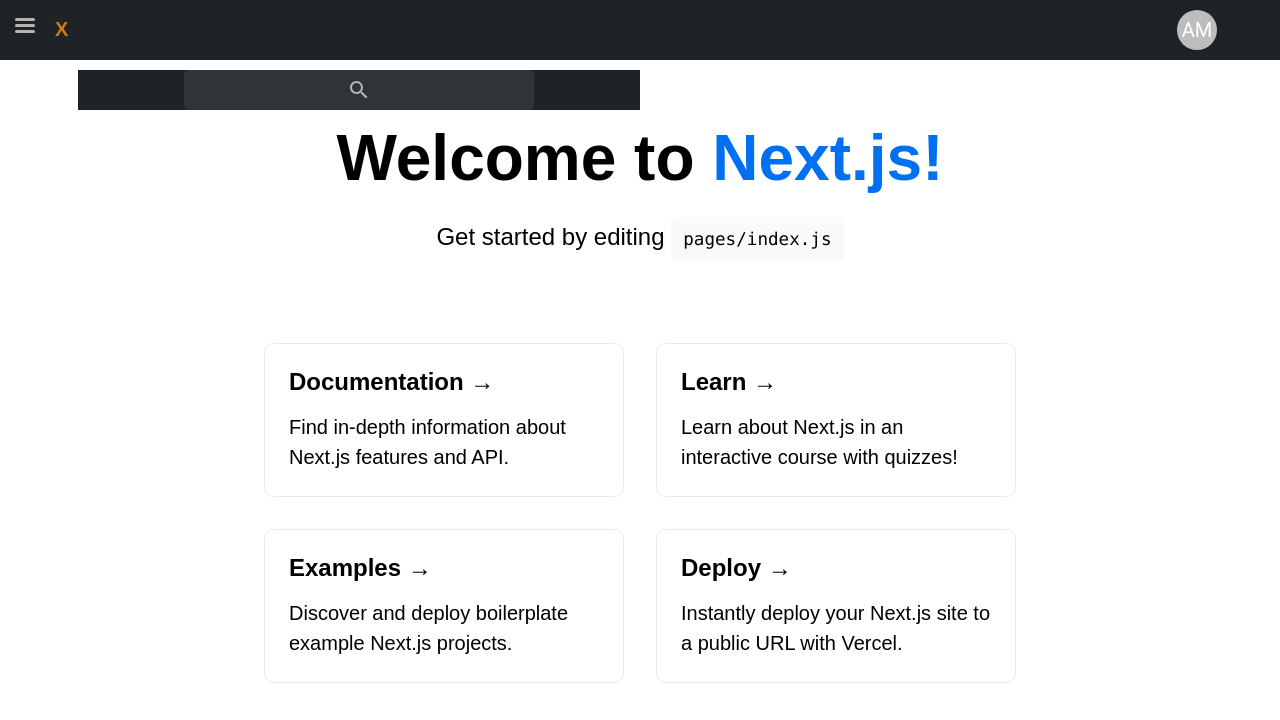
Repository: Amad-Mlinka/MovieTVBrowserNext
Page: /
These files come from the project's save history. The page is drawn as it stood at one moment and after the next save; the edit follows.
The browser window is 1280 px wide. The pictures show the whole page.
An inner scrolling area shows only its first screen. The project was rebuilt for these pictures with package versions that can differ from the ones it lists, and the page was loaded fresh each time. The framework's server and built-in components were replaced by stand-ins that run in the browser. Also part of the build but not shown: next.config.js.

Above is the page before, as saved 2021-07-29 22:13:38.

After the next save:
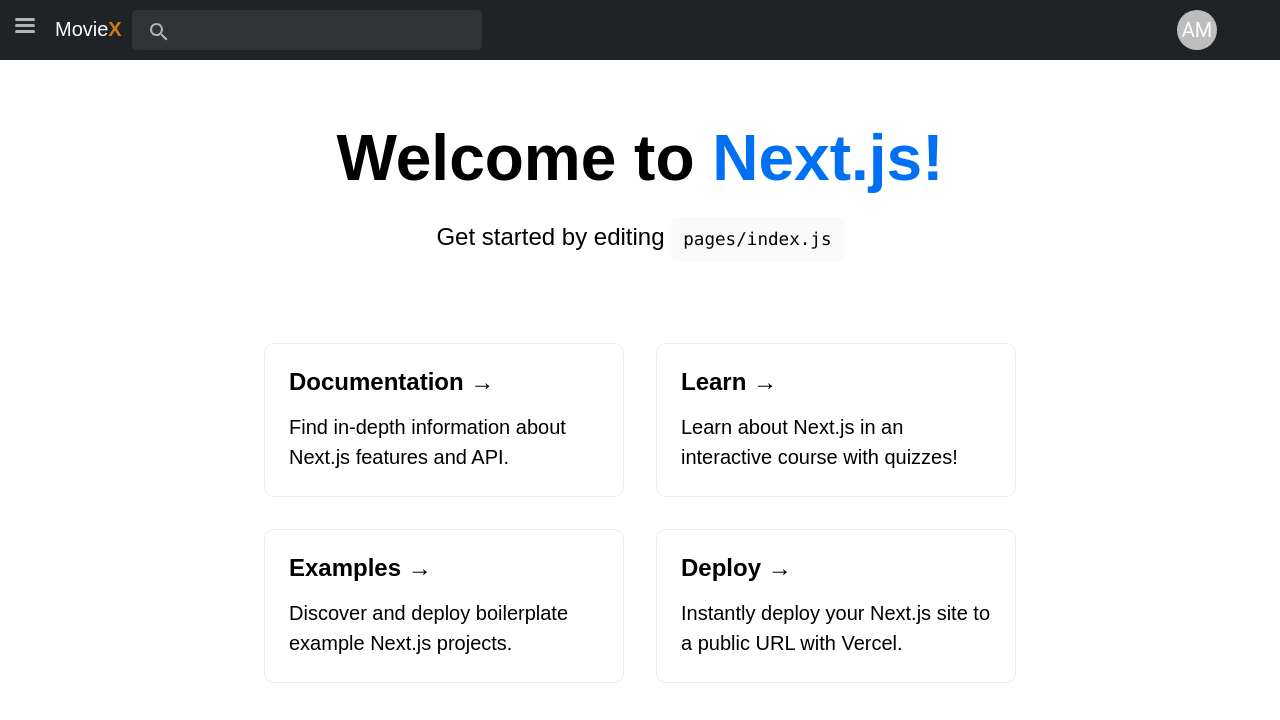
Saved 4 min 3 s later.
--- a/styles/Header.module.scss
+++ b/styles/Header.module.scss
@@ -1,154 +1,6 @@
 @import "variables.scss";
 @import "general.scss";
 
-.header {
-    display: flex;
-    flex-direction: row;
-    justify-content: space-between;
-    position: relative;
-    top: 0;
-    left: 0;
-    width: 100%;
-    background: $base-color;
-    height: 60px;
-}
-.header {
-    display: flex;
-    flex-direction: row;
-    justify-content: space-between;
-    position: relative;
-    top: 0;
-    left: 0;
-    width: 100%;
-    background: $base-color;
-    height: 60px;
-}
-.left {
-    display: flex;
-    flex-direction: row;
-    width: 50%;
-    justify-content: flex-start;
-    align-items: center;
-    height: 100%;
-}
-.hamburgerLogo {
-    display: flex;
-    flex-direction: row;
-}
-.hamburger {
-    transition: all 0.3s;
-    box-sizing: border-box;
-    cursor: pointer;
-    z-index: 99;
-    height: 25px;
-    width: 25px;
-    margin: 0px 15px;
-}
-.spinner {
-    transition: all 0.3s;
-    box-sizing: border-box;
-    position: absolute;
-    height: 3px;
-    width: 20px;
-    background-color: #b4b4b4;
-    border-radius: 5px;
-}
-.horizontal {
-    transition: all 0.3s;
-    box-sizing: border-box;
-    position: relative;
-}
-.diagonal {
-    transition: all 0.3s;
-    box-sizing: border-box;
-    position: relative;
-}
-
-.part1 {
-    margin-bottom: 3px;
-}
-
-.part2 {
-    margin-top: 3px;
-}
-
-.logo {
-    &::after {
-        content: "X";
-        color: $secondary-color;
-        font-weight: bolder;
-        font-size: 20px;
-    }
-    span{
-        display: none;
-    }
-    font-size: 20px;
-    color: white;
-
-}
-.search {
-    position: absolute;
-    left: 0;
-    top: 60px;
-    background: $base-color;
-    width: 100%;
-    display: flex;
-    flex-direction: column;
-    justify-content: center;
-    align-items: center;
-
-}
-.searchIcon {
-    position: absolute;
-    margin: 10px 15px;
-    color: #b4b4b4;
-    height: 20px;
-}
-
-.searchBar {
-    width: 50%;
-    background: #303437;
-    border: 0;
-    height: 40px;
-    border-radius: 5px;
-    padding-left: 45px;
-    caret-color: black;
-    transition: background 0.3s ease-in-out;
-    &:focus {
-        background: white;
-        outline: none;
-    }
-}
-.right{
-    height: 100%;
-    display: flex;
-    flex-direction: row-reverse;
-    align-items: center;
-    width: 50%;
-}
-.profile{
-    display: flex;
-    flex-direction: row;
-    width: 33%;
-    justify-content: center;
-    .loggedIn{
-        .avatar{
-            margin-left: 45px;
-        }
-    }
-    .notLoggedIn{
-        .loginRegister{
-            display: flex;
-            flex-direction: row;
-            justify-content: space-between;
-            color: #b4b4b4;
-            width: 115px;
-        }
-
-    }
-}
-
-@include breakpoint(min-laptop){
 
     .header {
         display: flex;
@@ -273,5 +125,3 @@
 
         }
     }
-
-}
